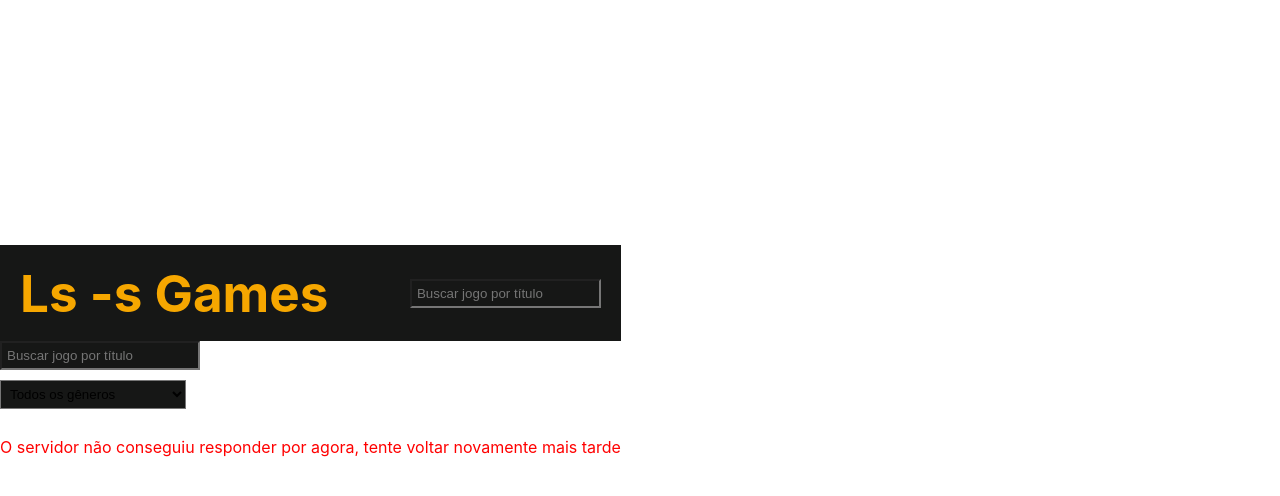
Repository: nlemuel/games-front-test
Page: /
These files come from the project's save history. The page is drawn as it stood at one moment and after the next save; the edit follows.
The browser window is 1280 px wide. The pictures show the whole page.
The page's requests for data from a server got no answer. The project was rebuilt for these pictures with package versions that can differ from the ones it lists, and the page was loaded fresh each time. No one was signed in, and anything a server would have sent is missing. Also part of the build but not shown: vite.config.ts.

Above is the page before, as saved 2023-06-25 16:14:53.

After the next save:
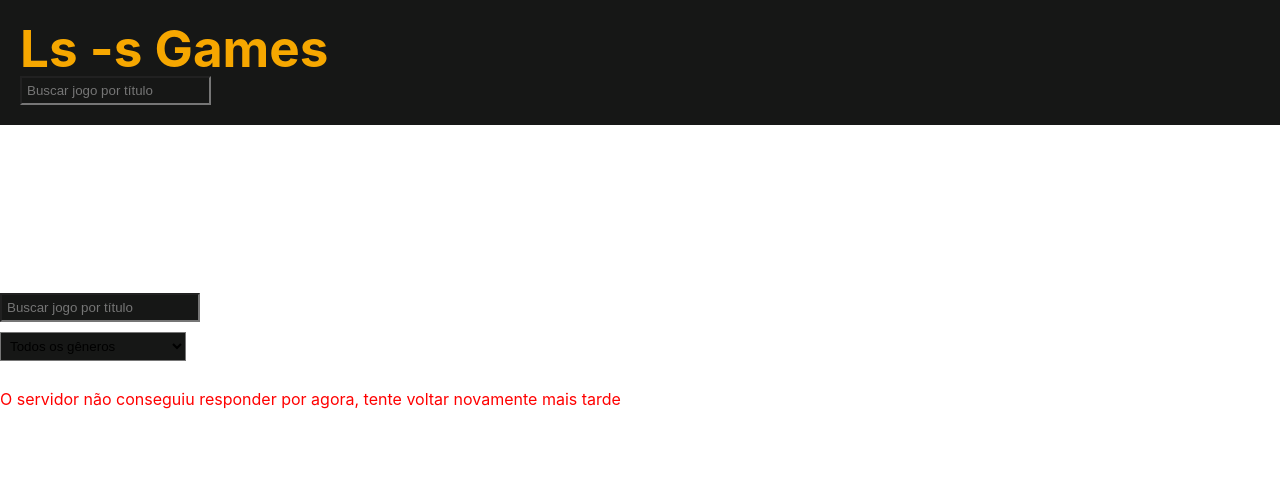
Saved 3 min 17 s later.
--- a/src/components/Header/index.tsx
+++ b/src/components/Header/index.tsx
@@ -4,9 +4,10 @@ import styled from 'styled-components';
 const HeaderContainer = styled.header`
   background-color: #161716;
   padding: 20px;
-  display: flex;
-  justify-content: space-between;
-  align-items: center;
+  position: fixed;
+  top: 0;
+  width: 100%;
+  z-index: 9999;
 `;
 
 const Title = styled.h1`
